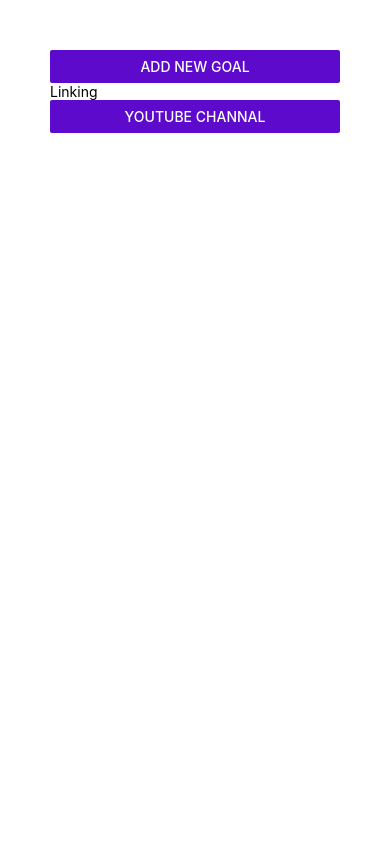
Repository: ntu34543/React-Native-Example1
Screen: /
The author's editor kept a copy of each file at every save. The screen is drawn from the files as they stood at one save, then again after a run of saves.
The app was drawn by React Native's web renderer in a window 390 px wide. The project was rebuilt for these pictures with package versions that can differ from the ones it lists, and the page was loaded fresh each time. Also part of the build but not shown: components/Goalltem.js.

Above is the screen before, as saved 2022-09-12 12:04:04.

### App.js
import { useState } from "react";
import { StyleSheet, View, FlatList, Button, Text, Linking } from "react-native";
import { StatusBar } from "expo-status-bar";

import GoalItem from "./components/Goalltem";
import GoalInput from "./components/Goallnput";

export default function App() {
  const [modalIsVisible, setModalIsVisible] = useState(false);
  const [courseGoals, setCourseGoals] = useState([]);
  // console.log(courseGoals);

  function startAddGoalHandler() {
    setModalIsVisible(true);
  }

  function endAddGoalHandler() {
    setModalIsVisible(false);
  }

  function addTextInput(enteredGoalText) {
    setCourseGoals((currentCourseGoals) => [
      ...currentCourseGoals,
      { text: enteredGoalText, id: Math.random().toString() },
    ]);
    endAddGoalHandler();
  }

  function deleteGoalHandler(id) {
    setCourseGoals((currentCourseGoals) => {
      return currentCourseGoals.filter((goal) => goal.id !== id);
    });
  }

  return (
    <>
      <StatusBar style="auto"/>
      <View style={styles.container}>
        <Button
          title="Add new Goal"
          color="#5e0acc"
          onPress={startAddGoalHandler}
        />
        <Text style={styles.textLinking}>Linking</Text>
        <Button
          title="Youtube channal"
          color="#5e0acc"
          onPress={()=>{Linking.openURL('https://ca.slack-edge.com/T324R7VB6-U03RS7EKJHG-323b9d1b6216-512')}}
        />
        <GoalInput
          visible={modalIsVisible}
          onAddGoal={addTextInput}
          onCancer={endAddGoalHandler}
        />
        <View style={styles.goalsContainer}>
          <FlatList
            data={courseGoals}
            style={styles.goalsContainer}
            renderItem={(itemData) => {
              return (
                <GoalItem
                  text={itemData.item.text}
                  id={itemData.item.id}
                  onDeleteItem={deleteGoalHandler}
                />
              );
            }}
            keyExtractor={(item, index) => {
              return index.id;
            }}
            alwaysBounceVertical={false}
          />
        </View>
      </View>
    </>
  );
}

const styles = StyleSheet.create({
  container: {
    padding: 50,
  },
  goalsContainer: {
    // flex: 4,
  },
  textLinking: {
    textAlignItems: 'center',
  }
});

### components/Goallnput.js
import { useState } from "react";
import { StyleSheet, View, TextInput, Button, Modal, Image } from "react-native";
function GoalInput(props) {
  const [enteredGoalText, setEnteredGoalText] = useState("");

  function textInput(enteredText) {
    setEnteredGoalText(enteredText);
    // console.log(enteredText);
  }

  function addGoalHandler() {
    props.onAddGoal(enteredGoalText);
    setEnteredGoalText("");
  }

  return (
    <Modal visible={props.visible} animationType="slide">
      <View style={styles.inputContainer}>
          <Image style={styles.image} source={require('../assets/favicon.png')} />
        <TextInput
          style={styles.textInput}
          placeholder="Email............"
          onChangeText={textInput}
          value={enteredGoalText}
        />
        <View style={styles.buttonContainer}>
          <View style={styles.button}>
            <Button title="Click!" onPress={addGoalHandler} />
          </View>
          <View style={styles.button}>
            <Button title="Cancer!" onPress={props.onCancer}/>
          </View>
        </View>
      </View>
    </Modal>
  );
}

export default GoalInput;

const styles = StyleSheet.create({
  inputContainer: {
    flex: 1,
    justifyContent: "center",
    alignItems: "center",
    paddingBottom: 24,
    padding: 16,
    borderBottomWidth: 1,
    borderBottomColor: "gray",
    backgroundColor: 'pink'
  },
  image: {
      width: 100,
      height: 100,
      margin: 20,
  },
  textInput: {
    borderWidth: 1,
    borderColor: "#cccccc",
    width: "100%",
    padding: 8,
  },
  buttonContainer: {
      marginTop: 16,
    flexDirection: "row",
  },
  button: {
      width: '30%',
      marginHorizontal: 8,
  }
});

After the next 4 saves:
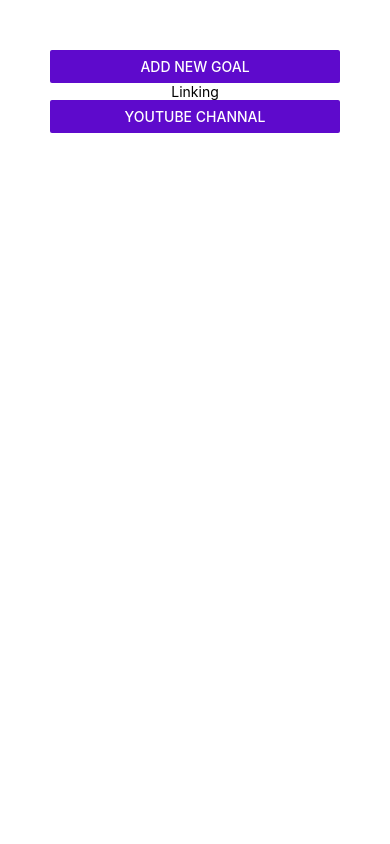
The 4 saves are shown as one change because they came seconds apart.
The last was saved 14 s later.
--- a/App.js
+++ b/App.js
@@ -84,6 +84,6 @@
     // flex: 4,
   },
   textLinking: {
-    textAlignItems: 'center',
+    textAlign: 'center',
   }
 });
